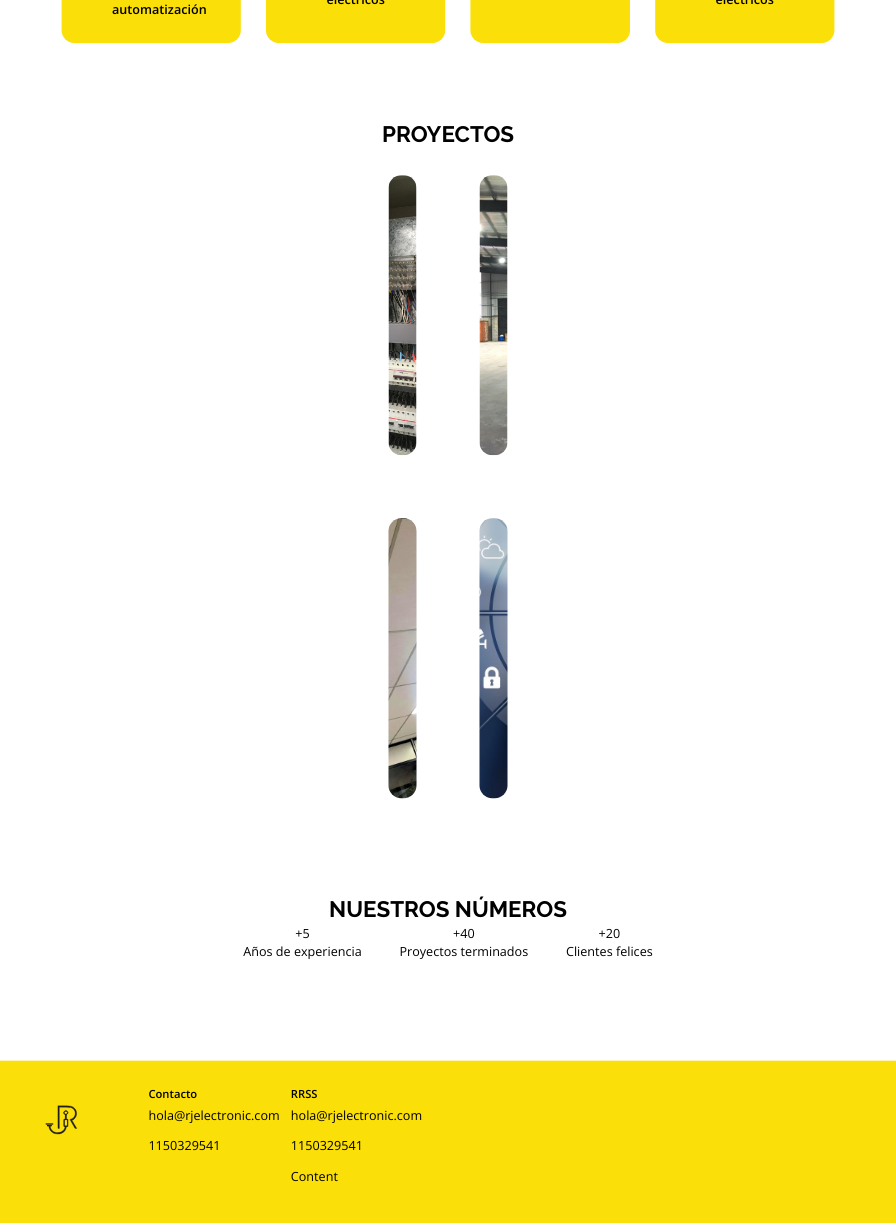
Repository: jeraldinnemg/rjelectronics
Page: index.html
An editor plug-in stored every save of this project. The page is shown before and after the next save, followed by the edit.
The browser window is 1280 px wide. The pictures show the part of the page from y = 976 to 2896 px (the page is 2723 px tall before and 3703 px after), at 70% of full size.
Some web libraries are served in a nearby version.

Above is the page before, as saved 2022-07-27 21:30:49.

After the next save:
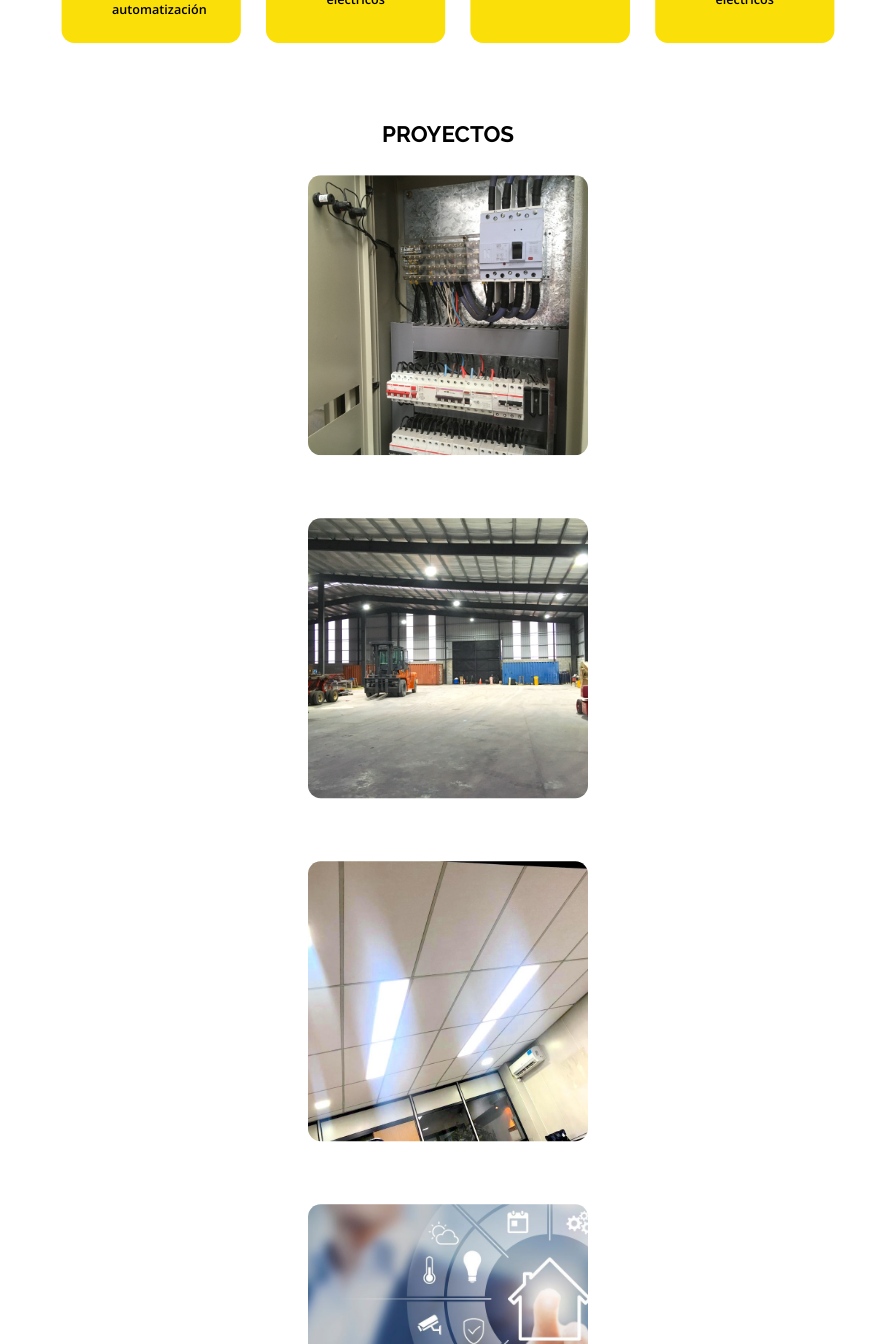
Saved 35 s later.
--- a/index.css
+++ b/index.css
@@ -379,14 +379,12 @@ i:hover{
     grid-template-columns: repeat(1, 1fr);
     margin-top: 2em;
     gap:2rem;
-
 }
 
 .projects-container >article{
     position: relative;
 
-
-    min-width: 40px;
+    min-width: 400px;
     min-height: 400px;
     background-size: cover;
     background-repeat: no-repeat;
@@ -502,7 +500,7 @@ footer div:first-child{
     }
 
     .projects-container{
-        grid-template-columns: repeat(2, 1fr);
+        grid-template-columns: repeat(1, 1fr);
         gap: 5em;
     }
 
